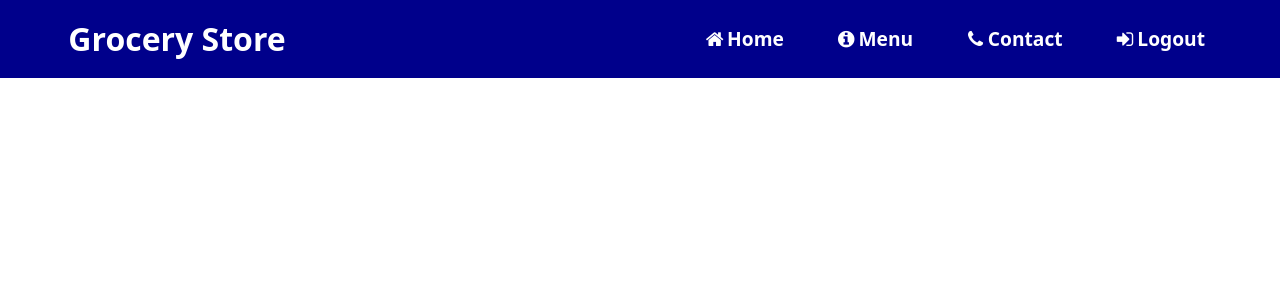
Repository: NagaMounikaY/GroceriesSubscriptionBookingManagement
Page: http://localhost/GroceriesSubBookingSystem/customerHeader.jsp
These files come from the project's save history. The page is drawn as it stood at one moment and after the next save; the edit follows.
The browser window is 1280 px wide. The pictures show the whole page.
The page is served by Tomcat 9.

Above is the page before, as saved 2024-09-12 07:07:56.

After the next save:
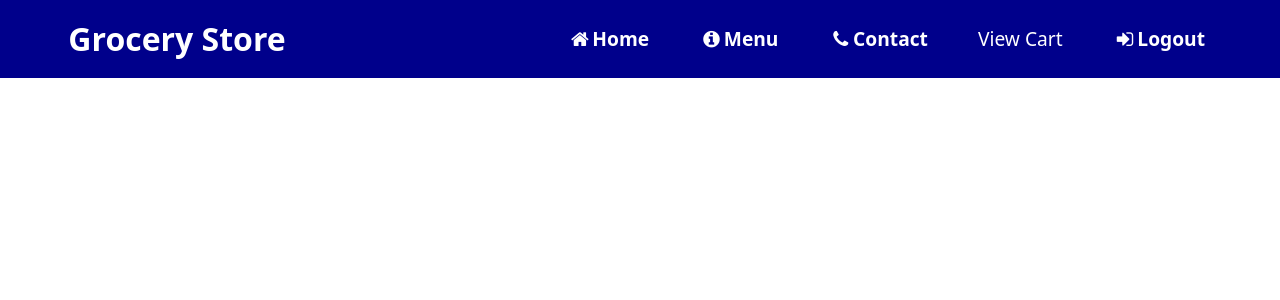
Saved 3 h 53 min later.
--- a/GroceriesSubBookingSystem/src/main/webapp/customerHeader.jsp
+++ b/GroceriesSubBookingSystem/src/main/webapp/customerHeader.jsp
@@ -67,7 +67,7 @@
                     <li><a href="${pageContext.request.contextPath}/home.jsp"><i class="fa fa-fw fa-home"></i><strong>Home</strong></a></li>
                     <li><a href="${pageContext.request.contextPath}/groceries/list"><i class="fa fa-fw fa-info-circle"></i><strong>Menu</strong></a></li>
                     <li><a href="${pageContext.request.contextPath}/contact.jsp"><i class="fa fa-fw fa-phone"></i><strong>Contact</strong></a></li>
-
+					<li><a href="${pageContext.request.contextPath}/orders">View Cart</a>
                     <li><a href="${pageContext.request.contextPath}/home.jsp"><i class="fa fa-fw fa-sign-in"></i><strong>Logout</strong></a></li>
                 </ul>
             </nav>
